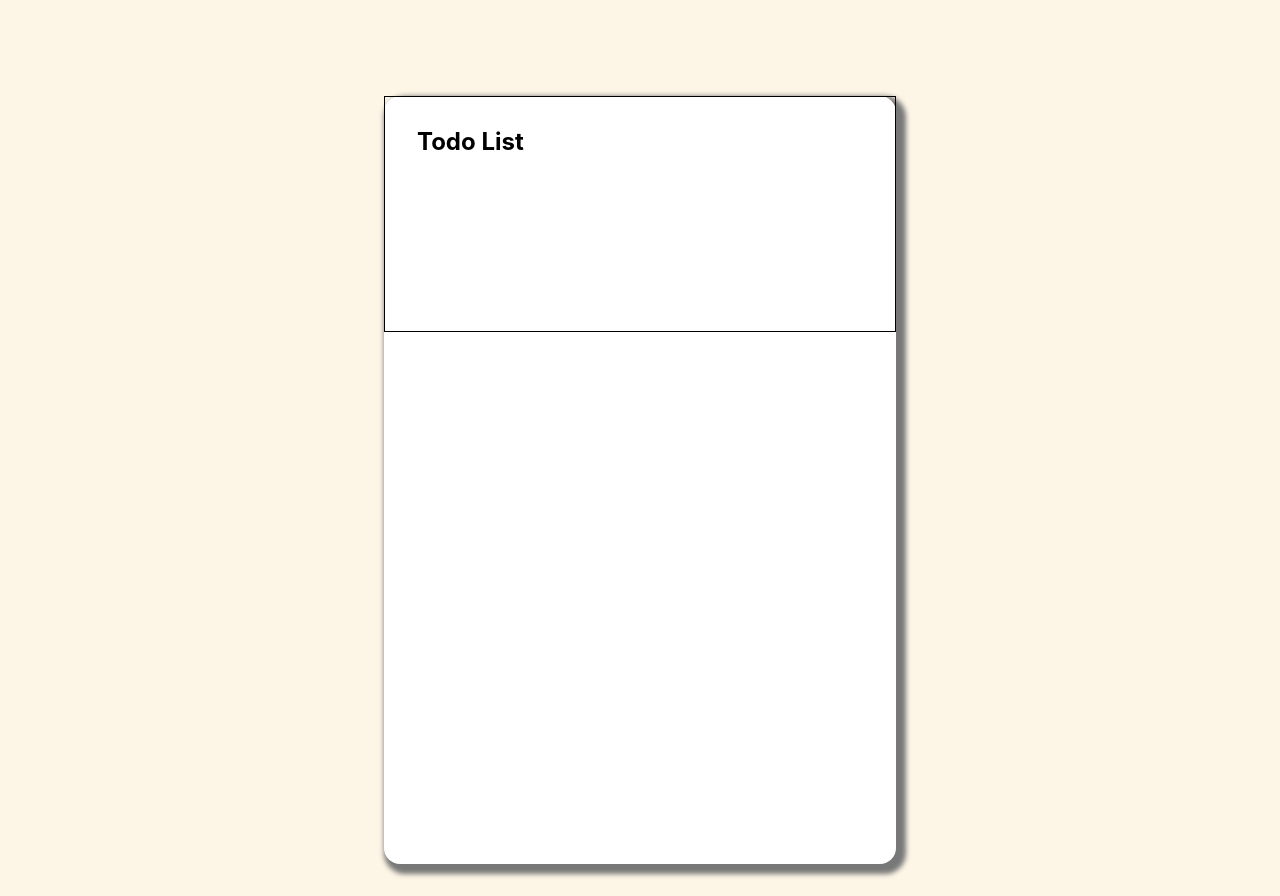
Repository: sungwon-H/React_Project
Page: / (app in TodoList/todolist_project/)
These files come from the project's save history. The page is drawn as it stood at one moment and after the next save; the edit follows.
The browser window is 1280 px wide. The pictures show the whole page.
The project was rebuilt for these pictures with package versions that can differ from the ones it lists, and the page was loaded fresh each time.

Above is the page before, as saved 2020-12-30 03:01:16.

After the next save:
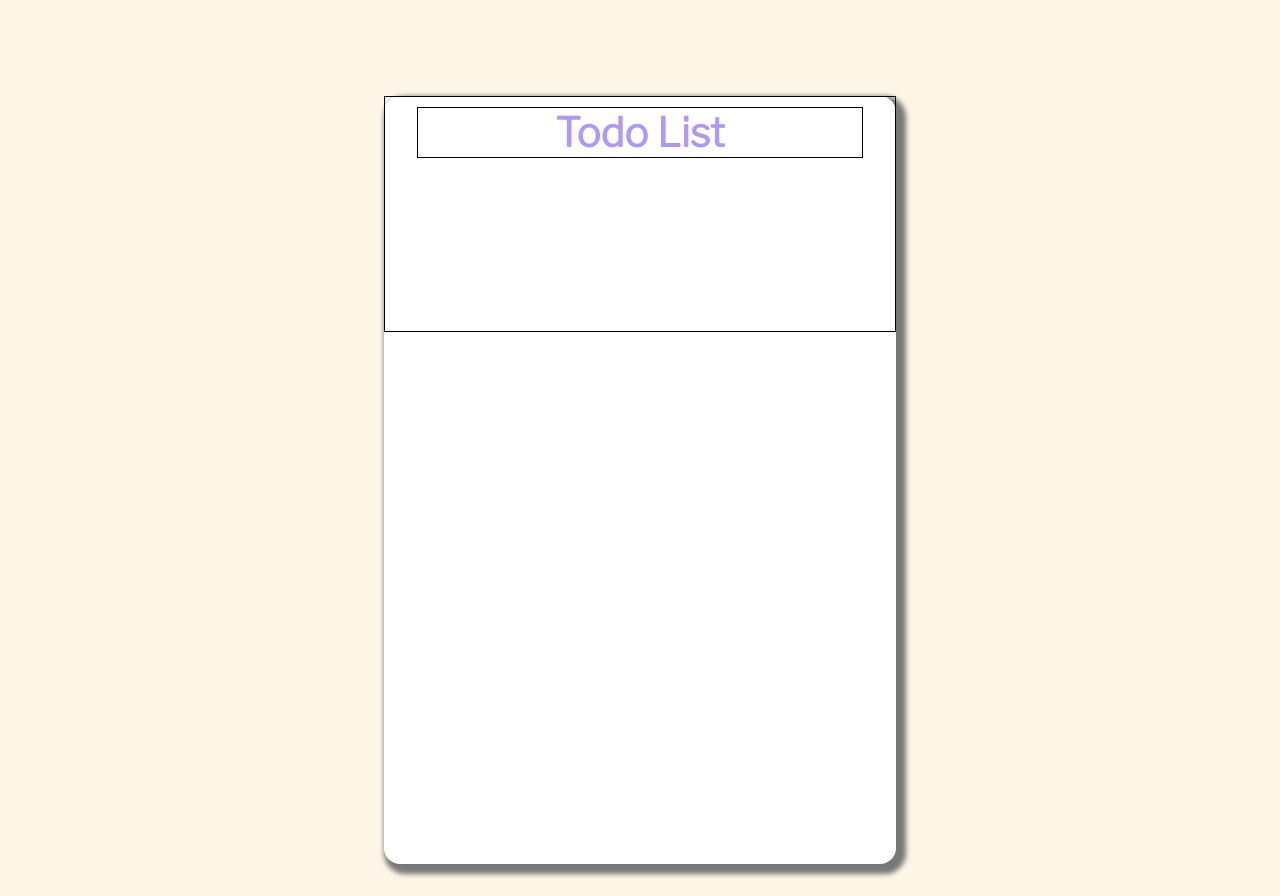
Saved 82 s later.
--- a/TodoList/todolist_project/src/components/TodoTitle.js
+++ b/TodoList/todolist_project/src/components/TodoTitle.js
@@ -4,7 +4,7 @@ import "./TodoTitle.scss";
 function TodoTitle(){
     return(
 
-            <h2>Todo List</h2>
+            <div className="TodoTitle">Todo List</div>
 
     )
 }
